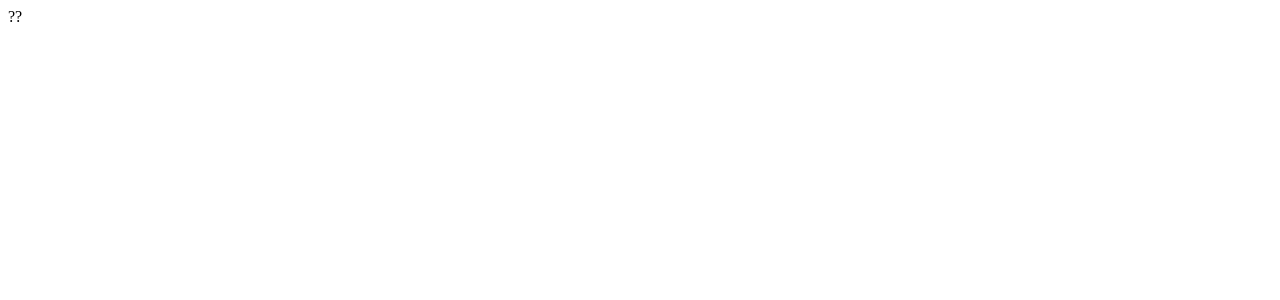
Repository: bookFireFly/bookFireFly
Page: JavaScriptMingriBook/Main/05输出今天是星期几.html
The author's editor kept a copy of each file at every save. The page is drawn from the files as they stood at one save, then again after the next save.
The browser window is 1280 px wide. The pictures show the whole page.

Above is the page before, as saved 2017-10-18 12:13:53.
Console error: SyntaxError: Unexpected token '{'

### JavaScriptMingriBook/Main/05输出今天是星期几.html
<!DOCTYPE html>
<html>
<head>
<meta charset="UTF-8">
<title>今天星期几</title>
</head>
<body>
<script type="text/javascript">
var now=new Date();
document.write("??")
</script>
<script type="text/javascript">

var day=now.getday();
var week;
swich(day){
	case 1
	week="星期一";
	break;
	case 2
	week="星期二";
	break;
	case 3
	week="星期三";
	break;
	case 4
	week="星期四";
	break;
	case 5
	week="星期五";
	break;
	case 6
	week="星期六";
	break;
	default
	week="星期日";
	break;
}
document.write("今天是"+week);
</script>
</body>
</html>

After the next save:
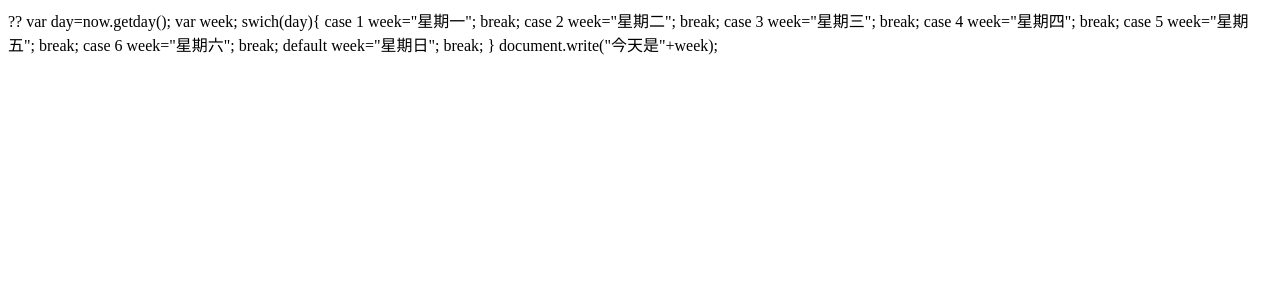
The error is gone.
Saved 20 s later.
--- a/JavaScriptMingriBook/Main/05输出今天是星期几.html
+++ b/JavaScriptMingriBook/Main/05输出今天是星期几.html
@@ -9,8 +9,6 @@
 var now=new Date();
 document.write("??")
 </script>
-<script type="text/javascript">
-
 var day=now.getday();
 var week;
 swich(day){
@@ -37,6 +35,5 @@ swich(day){
 	break;
 }
 document.write("今天是"+week);
-</script>
 </body>
 </html>
